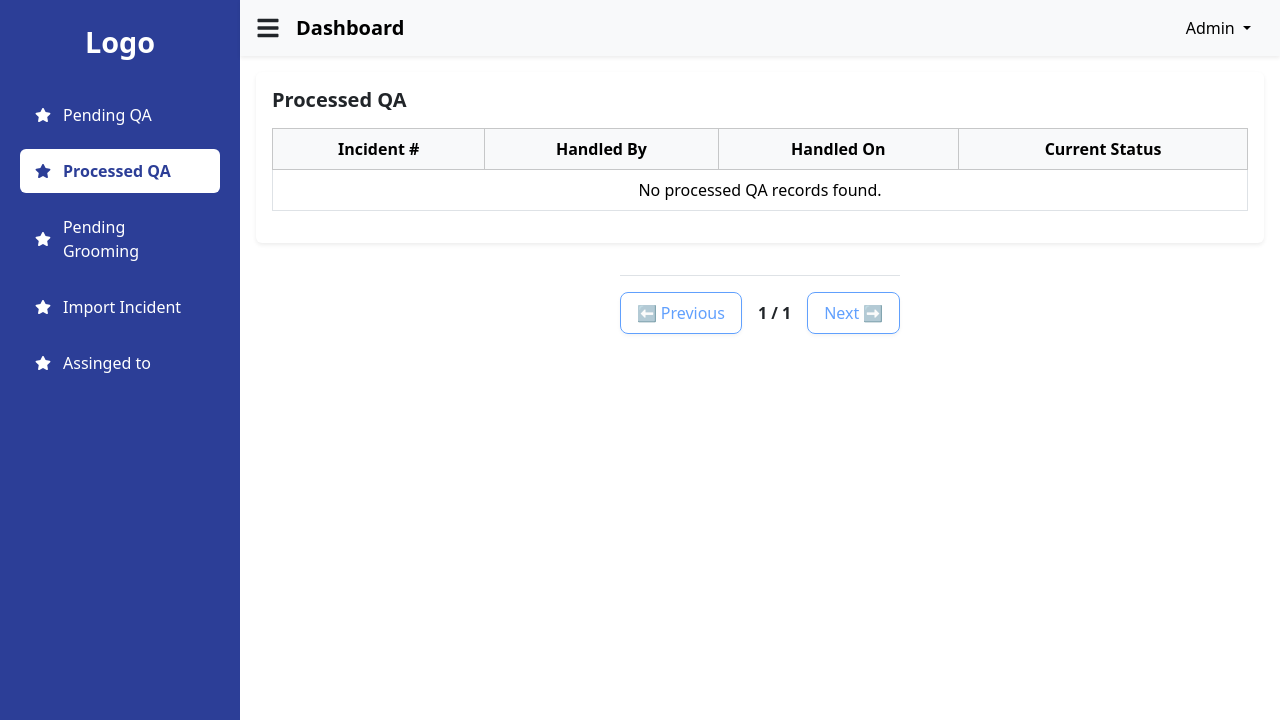
Repository: ArunGOW/ServiceNow_QA-audit
Page: /dashboard/processed-qa
An editor plug-in stored every save of this project. The page is shown before and after the next save, followed by the edit.
The browser window is 1280 px wide. The pictures show the whole page.
The page's requests for data from a server got no answer. The project was rebuilt for these pictures with package versions that can differ from the ones it lists, and the page was loaded fresh each time. No one was signed in, and anything a server would have sent is missing. Also part of the build but not shown: vite.config.js, src/components/Login.jsx, src/components/layout/Topbar.css, src/hooks/usePendingIncidents.jsx, src/components/tables/PendingQATable.jsx, src/pages/PendingQAPage.jsx, src/pages/GroomingPage.jsx, src/pages/ImportIncidentPage.jsx.

Above is the page before, as saved 2025-09-15 16:00:43.

### index.html
<!doctype html>
<html lang="en">
  <head>
    <meta charset="UTF-8" />
    <link rel="icon" href="data:," />
    <meta name="viewport" content="width=device-width, initial-scale=1.0" />
    <title>QA Tool</title>
  </head>
  <body>
    <div id="root"></div>
    <script type="module" src="/src/main.jsx"></script>
  </body>
</html>

### src/main.jsx
 import React from "react";
import ReactDOM from "react-dom/client";
import { BrowserRouter } from "react-router-dom";
import App from "./App";
import 'bootstrap/dist/css/bootstrap.min.css';


ReactDOM.createRoot(document.getElementById("root")).render(
  <BrowserRouter>
    <App />
  </BrowserRouter>
);

### src/App.jsx



//  import React from "react";
// import { Routes, Route, Navigate } from "react-router-dom";
// import Login from "./components/Login";
// import Dashboard from "./components/Dashboard";
// import { AuthProvider } from "./context/AuthContext";
// import ImportExcel from "./components/ImportExcel";


// function App() {
//   return (
//     <AuthProvider>
//       <Routes>

//         <Route path="/" element={<Navigate to="/login" replace />} />
//         <Route path="/login" element={<Login />} />
//         {/* <Route path="/dashboard" element={<Dashboard />} />
//         <Route path="/import-excel" element={<ImportExcel />} />

//         <Route path="/pending-qa" element={<Dashboard filter="Pending" />} /> */}
//         {/* ✅ Protect all dashboard routes */}
//         <Route
//           path="/dashboard/*"
//           element={
//             <ProtectedRoute>
//               <Layout>
//                 <Routes>
//                   <Route path="" element={<Dashboard />} />
//                   <Route path="processed-qa" element={<ProcessedQAPage />} />
//                   <Route path="pending-grooming" element={<GroomingPage />} />
//                   <Route path="import-incident" element={<ImportIncidentPage />} />
//                 </Routes>
//               </Layout>
//             </ProtectedRoute>
//           }
//         />


//       </Routes>
//     </AuthProvider>
//   );
// }

// export default App;

// src/App.jsx
import React from "react";
import { Routes, Route, Navigate } from "react-router-dom";
import Login from "./components/Login";
import Dashboard from "./components/Dashboard";
import { AuthProvider } from "./context/AuthContext";

// Pages
import PendingQAPage from "./pages/PendingQAPage";
import ProcessedQAPage from "./pages/ProcessedQAPage";
import GroomingPage from "./pages/GroomingPage";
import ImportIncidentPage from "./pages/ImportIncidentPage";

function App() {
  return (
    <AuthProvider>
      <Routes>
        {/* Redirect root to login */}
        <Route path="/" element={<Navigate to="/login" replace />} />

        {/* Login Page */}
        <Route path="/login" element={<Login />} />

        {/* Dashboard Layout with nested routes */}
        <Route path="/dashboard" element={<Dashboard />}>
          <Route path="pending-qa" element={<PendingQAPage />} />
          <Route path="processed-qa" element={<ProcessedQAPage />} />
          <Route path="pending-grooming" element={<GroomingPage />} />
          <Route path="import-incident" element={<ImportIncidentPage />} />
        </Route>
      </Routes>
    </AuthProvider>
  );
}

export default App;

### src/context/AuthContext.jsx
//  // src/context/AuthContext.jsx
// import { createContext, useContext, useState, useEffect } from "react";

// const AuthContext = createContext();

// export const AuthProvider = ({ children }) => {
//   const [user, setUser] = useState(null);

//   useEffect(() => {
//     const storedUser = localStorage.getItem("user");
//     if (storedUser) {
//       setUser(JSON.parse(storedUser));
//     }
//   }, []);

//   const login = (userData) => {
//     setUser(userData);
//     localStorage.setItem("user", JSON.stringify(userData));
//   };

//   const logout = () => {
//     setUser(null);
//     localStorage.removeItem("user");
//   };

//   return (
//     <AuthContext.Provider value={{ user, login, logout }}>
//       {children}
//     </AuthContext.Provider>
//   );
// };

// // ✅ Add this export
// export const useAuth = () => useContext(AuthContext);


// src/context/AuthContext.jsx
import React, { createContext, useContext, useState, useEffect } from "react";

const AuthContext = createContext();

export const AuthProvider = ({ children }) => {
  const [user, setUser] = useState(null);

  useEffect(() => {
    const storedUser = localStorage.getItem("user");
    if (storedUser) {
      setUser(JSON.parse(storedUser));
    }
  }, []);

  const login = (userData) => {
    setUser(userData);
    localStorage.setItem("user", JSON.stringify(userData));
  };

  const logout = () => {
    setUser(null);
    localStorage.removeItem("user");
  };

  return (
    <AuthContext.Provider value={{ user, login, logout }}>
      {children}
    </AuthContext.Provider>
  );
};

export const useAuth = () => useContext(AuthContext);

### src/pages/ProcessedQAPage.jsx
// src/pages/ProcessedQAPage.jsx
import { useState, useEffect } from "react";
import axios from "axios";
import ProcessedQATable from "../components/tables/ProcessedQATable";
import PaginationControls from "../components/PaginationControls";

const ProcessedQAPage = () => {
  const [incidents, setIncidents] = useState([]);
  const [loading, setLoading] = useState(true);
  const [currentPage, setCurrentPage] = useState(1);
  const [totalPages, setTotalPages] = useState(1);
  const limit = 10;

  useEffect(() => {
    const fetchData = async () => {
      setLoading(true);
      try {
        const skip = (currentPage - 1) * limit;
        const res = await axios.post("http://localhost:8000/api/users/get/incidents", {
          skip,
          limit,
        });

        // Ensure backend response has these keys:
        setIncidents(res.data.processed || []);

        // ✅ Dynamically calculate total pages
        if (res.data.total_count) {
          setTotalPages(Math.ceil(res.data.total_count / limit));
        }
      } catch (error) {
        console.error("❌ Error fetching processed incidents:", error);
      } finally {
        setLoading(false);
      }
    };
    fetchData();
  }, [currentPage]);

  return (
    <>
      <ProcessedQATable incidents={incidents} loading={loading} />
      <div className="d-flex justify-content-center mt-3">
        <PaginationControls
          currentPage={currentPage}
          totalPages={totalPages}
          handlePrevious={() => setCurrentPage((p) => Math.max(p - 1, 1))}
          handleNext={() => setCurrentPage((p) => Math.min(p + 1, totalPages))}
        />
      </div>
    </>
  );
};

export default ProcessedQAPage;

//  import React, { useState } from "react";
// import useProcessedIncidents from "../hooks/useProcessedIncidents";
// import ProcessedQATable from "../components/tables/ProcessedQATable";

// const ProcessedQAPage = () => {
//   const [currentPage, setCurrentPage] = useState(1);
//   const { processedIncidents, loading, totalPages } = useProcessedIncidents(currentPage, 10);

//   return (
//     <div>
//       {/* <h2>Processed QA</h2> */}
//       <ProcessedQATable incidents={processedIncidents} loading={loading} />
//     </div>
//   );
// };

// export default ProcessedQAPage;

// import React, { useEffect, useState } from "react";
// import axios from "axios";
// import { Table, Spinner, Alert, Pagination } from "react-bootstrap";
// import { useAuth } from "../context/AuthContext";

// const ProcessedQAPage = () => {
//   const { user } = useAuth();
//   const [processedIncidents, setProcessedIncidents] = useState([]);
//   const [loading, setLoading] = useState(false);
//   const [totalPages, setTotalPages] = useState(1);
//   const [currentPage, setCurrentPage] = useState(1);

//   const limit = 10; // items per page

//   useEffect(() => {
//     const fetchData = async () => {
//       if (!user?.user_sid) {
//         console.warn("⚠️ No user_sid found, skipping fetch.");
//         return;
//       }

//       setLoading(true);
//       try {
//         const skip = (currentPage - 1) * limit;

//         console.log(
//           `🔄 Fetching page ${currentPage} (skip=${skip}, limit=${limit})`
//         );

//         const res = await axios.post(
//           `http://localhost:8000/api/users/get-processed/incidents/?skip=${skip}&limit=${limit}`,
//           { user_sid: user.user_sid }
//         );

//         console.log("📌 API Response:", res.data);

//          setProcessedIncidents(res?.data || []);
// setTotalPages(Math.ceil(res.data.totalCount / limit));


//         // check if backend returns totalCount
//         if (res.data?.totalCount) {
//           const pages = Math.ceil(res.data.totalCount / limit);
//           setTotalPages(pages);
//           console.log("📄 Total Pages:", pages);
//         } else {
//           // fallback: if no totalCount, assume "infinite" pagination
//           setTotalPages(currentPage + 1);
//         }
//       } catch (error) {
//         console.error("❌ Error fetching processed incidents:", error);
//       } finally {
//         setLoading(false);
//       }
//     };

//     fetchData();
//   }, [currentPage, user]);

//   const handlePrev = () => {
//     if (currentPage > 1) {
//       setCurrentPage((prev) => prev - 1);
//     }
//   };

//   const handleNext = () => {
//     if (currentPage < totalPages) {
//       setCurrentPage((prev) => prev + 1);
//     }
//   };

//   const renderPagination = () => (
//     <Pagination>
//       <Pagination.Prev disabled={currentPage === 1} onClick={handlePrev} />
//       <Pagination.Item active>{currentPage}</Pagination.Item>
//       <Pagination.Next
//         disabled={currentPage === totalPages}
//         onClick={handleNext}
//       />
//     </Pagination>
//   );

//   return (
//     <div className="p-4">
//       <h3 className="mb-4 fw-bold">✅ Processed QA Incidents</h3>

//       {loading ? (
//         <div className="text-center my-4">
//           <Spinner animation="border" />
//         </div>
//       ) : processedIncidents.length === 0 ? (
//         <Alert variant="info">No processed incidents found.</Alert>
//       ) : (
//         <>
//           <Table striped bordered hover responsive>
//             <thead>
//               <tr>
//                 <th>ID</th>
//                 <th>Title</th>
//                 <th>Status</th>
//                 <th>Assigned QA</th>
//               </tr>
//             </thead>
//             <tbody>
//               {processedIncidents.map((incident, index) => (
//                 <tr key={incident.id || index}>
//                   <td>{incident.id}</td>
//                   <td>{incident.title || "N/A"}</td>
//                   <td>{incident.audit_status}</td>
//                   <td>{incident.assigned_qa_user_id || "N/A"}</td>
//                 </tr>
//               ))}
//             </tbody>
//           </Table>

//           <div className="d-flex justify-content-center mt-3">
//             {renderPagination()}
//           </div>
//         </>
//       )}
//     </div>
//   );
// };

// export default ProcessedQAPage;

### src/components/layout/sidebar.jsx
//  // src/components/layout/Sidebar.jsx
// import { Nav } from "react-bootstrap";
// import { FaStar } from "react-icons/fa";
// import { Link, useLocation } from "react-router-dom";

// const Sidebar = () => {
//   const location = useLocation();

//   const menuItems = [
//     { path: "/pending-qa", label: "Pending QA" },
//     { path: "/processed-qa", label: "Processed QA" },
//     { path: "/pending-grooming", label: "Pending Grooming" },
//     { path: "/import-incident", label: "Import Incident" },
//     { path: "/export-incident", label: "Export Incident" },
//   ];

//   return (
//     <div>
//       <h2 className="p-3 fw-bold border-bottom">Logo</h2>
//       <Nav className="flex-column">
//         {menuItems.map((item) => (
//           <Nav.Item key={item.path}>
//             <Link
//               to={item.path}
//               className={`d-flex align-items-center px-3 py-2 text-decoration-none ${
//                 location.pathname === item.path
//                   ? "bg-light text-dark rounded"
//                   : "text-white"
//               }`}
//             >
//               <FaStar className="me-2" />
//               {item.label}
//             </Link>
//           </Nav.Item>
//         ))}
//       </Nav>
//     </div>
//   );
// };

// export default Sidebar;


// src/components/layout/Sidebar.jsx
import { NavLink } from "react-router-dom";
import { FaStar } from "react-icons/fa";
import "./Sidebar.css";

const Sidebar = () => {
  return (
    <div className="sidebar">
      <div className="logo">Logo</div>
      <nav>
        <NavLink to="/dashboard/pending-qa" activeClassName="active">
          <FaStar /> Pending QA
        </NavLink>
        <NavLink to="/dashboard/processed-qa" activeClassName="active">
          <FaStar /> Processed QA
        </NavLink>
        <NavLink to="/dashboard/pending-grooming" activeClassName="active">
          <FaStar /> Pending Grooming
        </NavLink>

        <NavLink to="/dashboard/import-incident" activeClassName="active">
          <FaStar /> Import Incident
        </NavLink>
        <NavLink to="/export-incident" activeClassName="active">
          <FaStar />  Assinged to
        </NavLink>
      </nav>
    </div>
  );
};

export default Sidebar;

### src/components/layout/Topbar.jsx
// // src/components/layout/Topbar.jsx
// import { Navbar, Nav, Dropdown } from "react-bootstrap";
// import { FaBars } from "react-icons/fa";


// const Topbar = ({ onToggleSidebar }) => {
//   return (
//     <Navbar bg="light" expand="lg" className="shadow-sm px-3">
//       <FaBars
//         className="me-3"
//         style={{ cursor: "pointer", fontSize: "1.5rem" }}
//         onClick={onToggleSidebar}
//       />
//       <Navbar.Brand className="fw-bold">Dashboard</Navbar.Brand>
//       <Nav className="ms-auto">
//         <Dropdown align="end">
//           <Dropdown.Toggle variant="light" id="dropdown-basic">
//             Admin
//           </Dropdown.Toggle>
//           <Dropdown.Menu>
//             <Dropdown.Item>Profile</Dropdown.Item>
//             <Dropdown.Item>Logout</Dropdown.Item>
//           </Dropdown.Menu>
//         </Dropdown>
//       </Nav>
//     </Navbar>
//   );
// };

// export default Topbar;


 // src/components/layout/Topbar.jsx
import { Navbar, Nav, Dropdown } from "react-bootstrap";
import { FaBars } from "react-icons/fa";
import { useAuth } from "../../context/AuthContext";   // ✅ import hook
import { useNavigate } from "react-router-dom";
import './Topbar.css'

const Topbar = ({ onToggleSidebar }) => {
  const { logout, user } = useAuth();  //  get user + logout
  const navigate = useNavigate();

  const handleLogout = () => {
    logout();            // clear user + localStorage
    navigate("/login");  // redirect to login page
  };

  return (
    <Navbar bg="light" expand="lg" className="shadow-sm px-3">
      <FaBars
        className="me-3"
        style={{ cursor: "pointer", fontSize: "1.5rem" }}
        onClick={onToggleSidebar}
      />
      <Navbar.Brand className="fw-bold">Dashboard</Navbar.Brand>
      <Nav className="ms-auto">
        <Dropdown align="end">
          <Dropdown.Toggle variant="light" id="dropdown-basic">
            {user?.name || "Admin"}  {/*  show logged-in user name */}
          </Dropdown.Toggle>
          <Dropdown.Menu>
            <Dropdown.Item>Profile</Dropdown.Item>
            <Dropdown.Item onClick={handleLogout}>Logout</Dropdown.Item>
          </Dropdown.Menu>
        </Dropdown>
      </Nav>
    </Navbar>
  );
};

export default Topbar;

### src/components/tables/ProcessedQATable.jsx
 // src/components/tables/ProcessedQATable.jsx
import { Table, Spinner } from "react-bootstrap";

const ProcessedQATable = ({ incidents, loading }) => {
  return (
    <div className="bg-white rounded shadow-sm p-3">
      <h5 className="fw-bold mb-3">Processed QA</h5>
      {loading ? (
        <div className="text-center py-5">
          <Spinner animation="border" variant="primary" />
        </div>
      ) : (
        <Table bordered hover responsive className="align-middle text-center">
          <thead className="table-light">
            <tr>
              <th>Incident #</th>
              <th>Handled By</th>
              <th>Handled On</th>
              <th>Current Status</th>
            </tr>
          </thead>
          <tbody>
            {incidents.length > 0 ? (
              incidents.map((incident, index) => (
                <tr key={index}>
                  <td>{incident.incident_number || "N/A"}</td>
                  <td>{incident.assigned_analyst || "N/A"}</td>
                  <td>{incident.incident_date || "N/A"}</td>
                  <td>{incident.resolution_status || "N/A"}</td>
                </tr>
              ))
            ) : (
              <tr>
                <td colSpan="4">No processed QA records found.</td>
              </tr>
            )}
          </tbody>
        </Table>
      )}
    </div>
  );
};

export default ProcessedQATable;

### src/components/PaginationControls.jsx
import React from "react";
import CustomButton from "./CustomButton";

const PaginationControls = ({ currentPage, totalPages, handlePrevious, handleNext }) => {
  return (

<div className="d-flex justify-content-center align-items-center mt-3 pt-3 border-top">
  <CustomButton
    variant="outline-primary"
    disabled={currentPage === 1}
    onClick={handlePrevious}
    className="me-3"
  >
    ⬅️ Previous
  </CustomButton>

  <span className="fw-semibold text-dark">
    {currentPage} / {totalPages}
  </span>

  <CustomButton
    variant="outline-primary"
    disabled={currentPage === totalPages}
    onClick={handleNext}
    className="ms-3"
  >
    Next ➡️
  </CustomButton>
</div>

  );
};

export default PaginationControls;

### src/components/layout/Sidebar.css
/* src/components/layout/Sidebar.css */
.sidebar {
  height: 100vh;
  width: 240px;
  background-color: #2c3e97; /* Deep Blue */
  color: white;
  display: flex;
  flex-direction: column;
  padding: 20px;
}

.sidebar .logo {
  font-size: 1.8rem;
  font-weight: bold;
  text-align: center;
  margin-bottom: 30px;
}

.sidebar nav {
  display: flex;
  flex-direction: column;
  gap: 12px;
}

.sidebar a {
  display: flex;
  align-items: center;
  gap: 12px;
  padding: 10px 15px;
  text-decoration: none;
  color: white;
  font-size: 1rem;
  border-radius: 6px;
  transition: all 0.3s ease;
}

.sidebar a:hover {
  background-color: rgba(255, 255, 255, 0.15);
}

.sidebar a.active {
  background-color: white;
  color: #2c3e97;
  font-weight: bold;
}

.sidebar hr {
  border: none;
  border-top: 1px solid rgba(255, 255, 255, 0.2);
  margin: 15px 0;
}

### src/components/CustomButton.jsx
// // src/components/CustomButton.jsx
// import React from "react";
// import { Button } from "react-bootstrap";

// const CustomButton = ({
//   children,
//   variant = "primary",
//   onClick,
//   className = "",
//   disabled = false
// }) => {
//   return (
//     <Button
//       variant={variant}
//       onClick={onClick}
//       disabled={disabled}
//       className={`fw-semibold ${className}`}
//     >
//       {children}
//     </Button>
//   );
// };

// export default CustomButton;


import React from "react";
import { Button } from "react-bootstrap";

const CustomButton = ({ children, variant = "primary", className = "", ...rest }) => {
  return (
    <Button
      variant={variant}
      className={`rounded-3 px-3 py-2 shadow-sm ${className}`}
      {...rest}
    >
      {children}
    </Button>
  );
};

export default CustomButton;

Loaded but not shown: src/components/Dashboard.jsx (100 lines, source omitted)

After the next save:
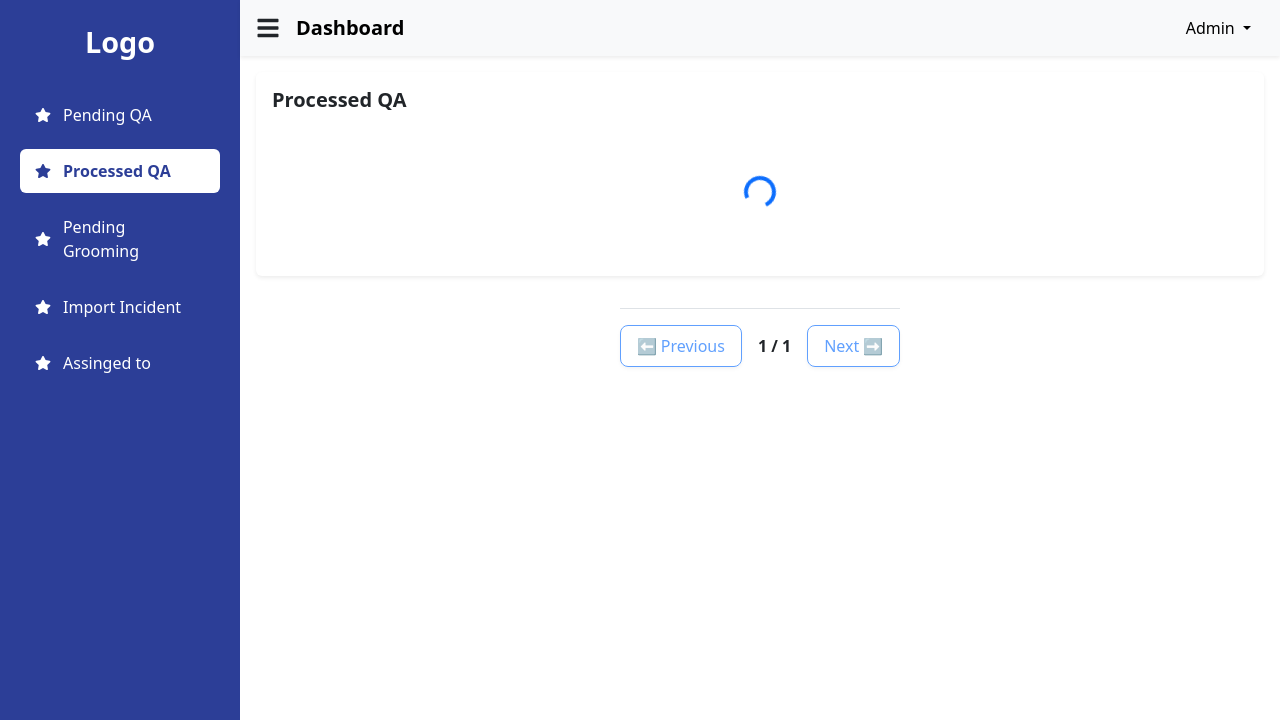
Saved 11 min 11 s later.
--- a/src/pages/ProcessedQAPage.jsx
+++ b/src/pages/ProcessedQAPage.jsx
@@ -1,10 +1,11 @@
-// src/pages/ProcessedQAPage.jsx
-import { useState, useEffect } from "react";
+ import { useState, useEffect } from "react";
 import axios from "axios";
 import ProcessedQATable from "../components/tables/ProcessedQATable";
 import PaginationControls from "../components/PaginationControls";
+import { useAuth } from "../context/AuthContext"; // ✅ import AuthContext
 
 const ProcessedQAPage = () => {
+  const { user } = useAuth(); // ✅ get logged in user
   const [incidents, setIncidents] = useState([]);
   const [loading, setLoading] = useState(true);
   const [currentPage, setCurrentPage] = useState(1);
@@ -13,20 +14,29 @@ const ProcessedQAPage = () => {
 
   useEffect(() => {
     const fetchData = async () => {
+      if (!user?.user_sid) {
+        console.warn("⚠️ No user_sid found, skipping fetch.");
+        return;
+      }
+
       setLoading(true);
       try {
         const skip = (currentPage - 1) * limit;
-        const res = await axios.post("http://localhost:8000/api/users/get/incidents", {
-          skip,
-          limit,
-        });
-
-        // Ensure backend response has these keys:
-        setIncidents(res.data.processed || []);
-
-        // ✅ Dynamically calculate total pages
-        if (res.data.total_count) {
-          setTotalPages(Math.ceil(res.data.total_count / limit));
+
+        const res = await axios.post(
+          "http://localhost:8000/api/users/get/incidents",
+          {
+            user_sid: user.user_sid, // ✅ required by backend
+            skip,
+            limit,
+          }
+        );
+
+        console.log("📌 Processed API Response:", res.data);
+
+        setIncidents(res.data.incidents || []); // adjust if your backend uses "processed"
+        if (res.data.totalCount) {
+          setTotalPages(Math.ceil(res.data.totalCount / limit));
         }
       } catch (error) {
         console.error("❌ Error fetching processed incidents:", error);
@@ -34,8 +44,9 @@ const ProcessedQAPage = () => {
         setLoading(false);
       }
     };
+
     fetchData();
-  }, [currentPage]);
+  }, [currentPage, user]);
 
   return (
     <>
@@ -53,6 +64,7 @@ const ProcessedQAPage = () => {
 };
 
 export default ProcessedQAPage;
+
 
 //  import React, { useState } from "react";
 // import useProcessedIncidents from "../hooks/useProcessedIncidents";
